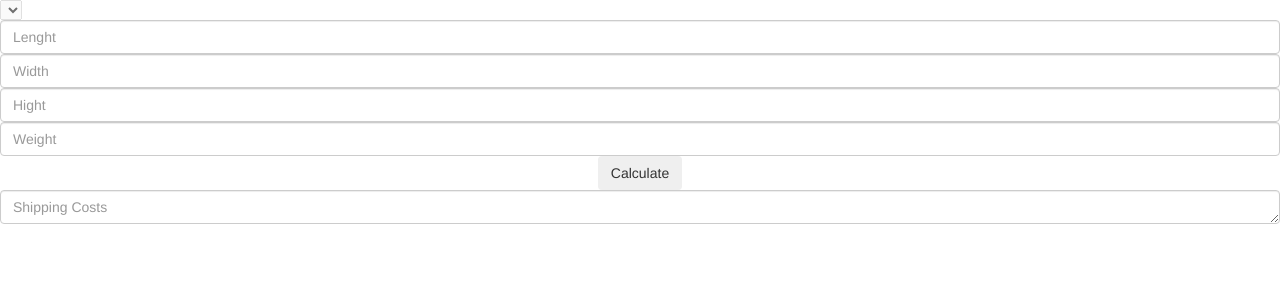
Repository: PeterdeWolff/shipment-cost-calculator
Page: index.html
The author's editor kept a record of every edit. The page is drawn from the files as they stood at one moment, then again after the next edit.
The browser window is 1280 px wide. The pictures show the whole page.
Some web libraries are served in a nearby version.

Above is the page before.

After the next edit:
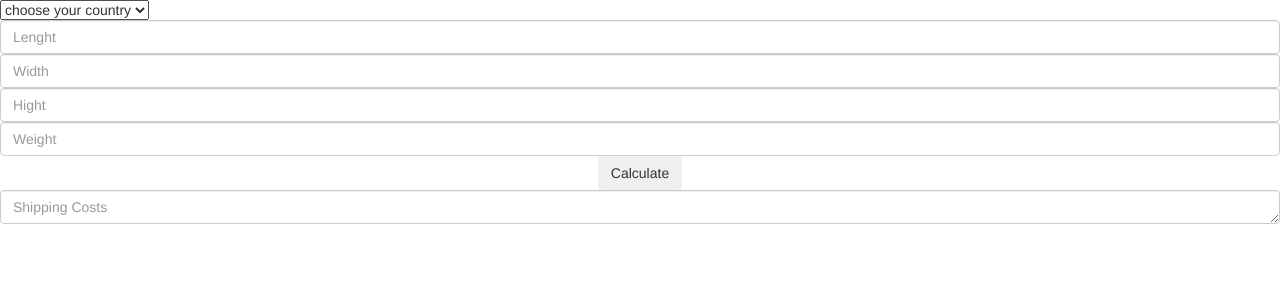
The edit:
--- a/index.html
+++ b/index.html
@@ -19,8 +19,8 @@
     <body>
         <div class="form">
                 <form>
-                    <select id ="countries-dropdown"  name ="countries>
-                        <option selected = "true" disabled>choose your country</optio>
+                    <select id ="countries-dropdown"  name ="countries">
+                        <option selected = "true" disabled >choose your country</option>
                     </select>
                 </form>
                 <form>
